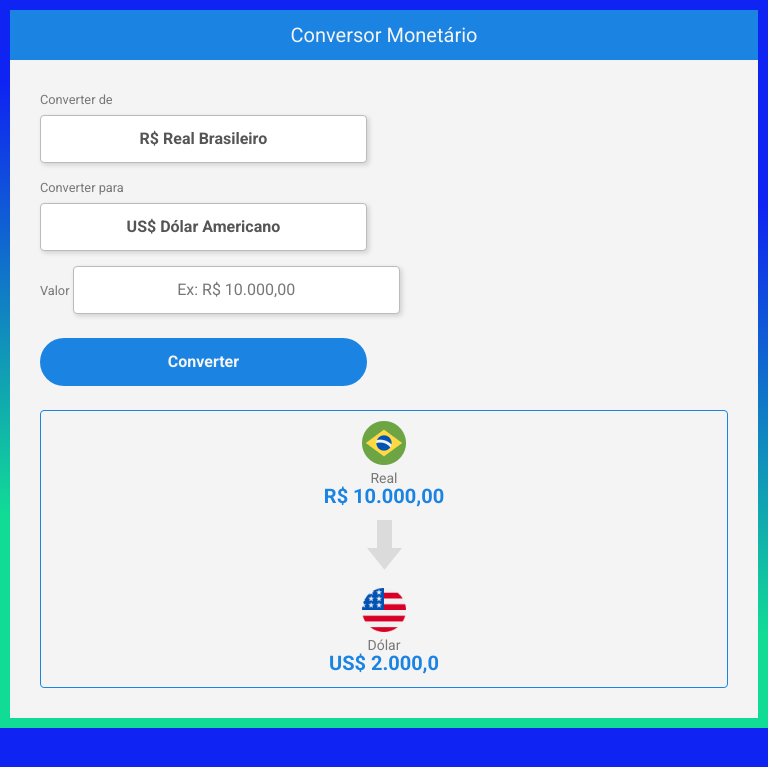
Repository: isayrous/coin-converter
Page: index.html
The author's editor kept a copy of each file at every save. The page is drawn from the files as they stood at one save, then again after the next save.
The browser window is 768 px wide. The pictures show the whole page.

Above is the page before, as saved 2022-11-02 23:36:39.

After the next save:
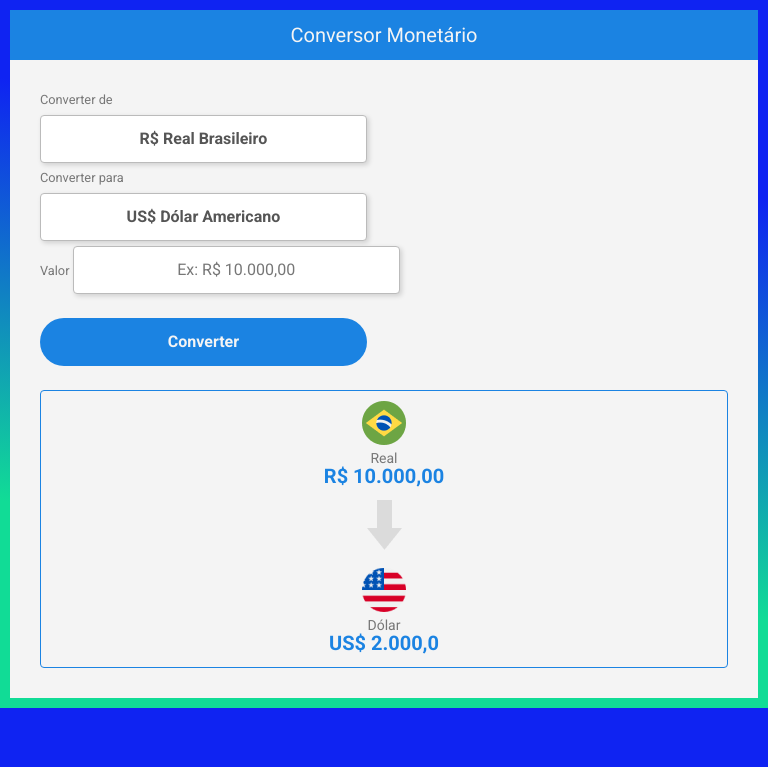
Saved 15 s later.
--- a/style.css
+++ b/style.css
@@ -156,7 +156,7 @@
     select{
         font-size: 16px;
         color: #555555;
-        margin-bottom: 15px;
+        margin-bottom: 5px;
         margin-top: 6px;
     }
 

After the save that followed:
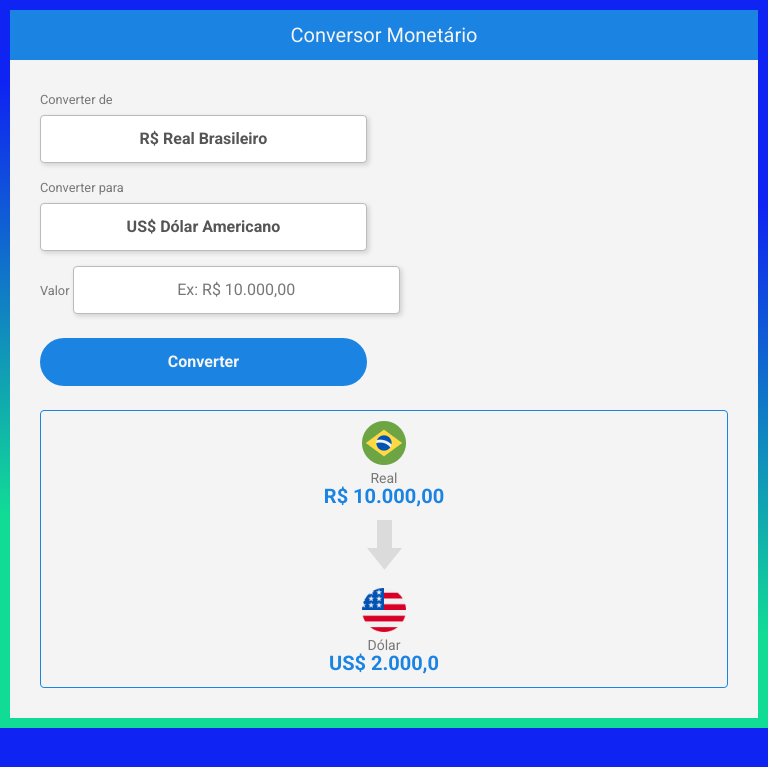
Saved 5 s later.
--- a/style.css
+++ b/style.css
@@ -156,7 +156,7 @@
     select{
         font-size: 16px;
         color: #555555;
-        margin-bottom: 5px;
+        margin-bottom: 15px;
         margin-top: 6px;
     }
 
